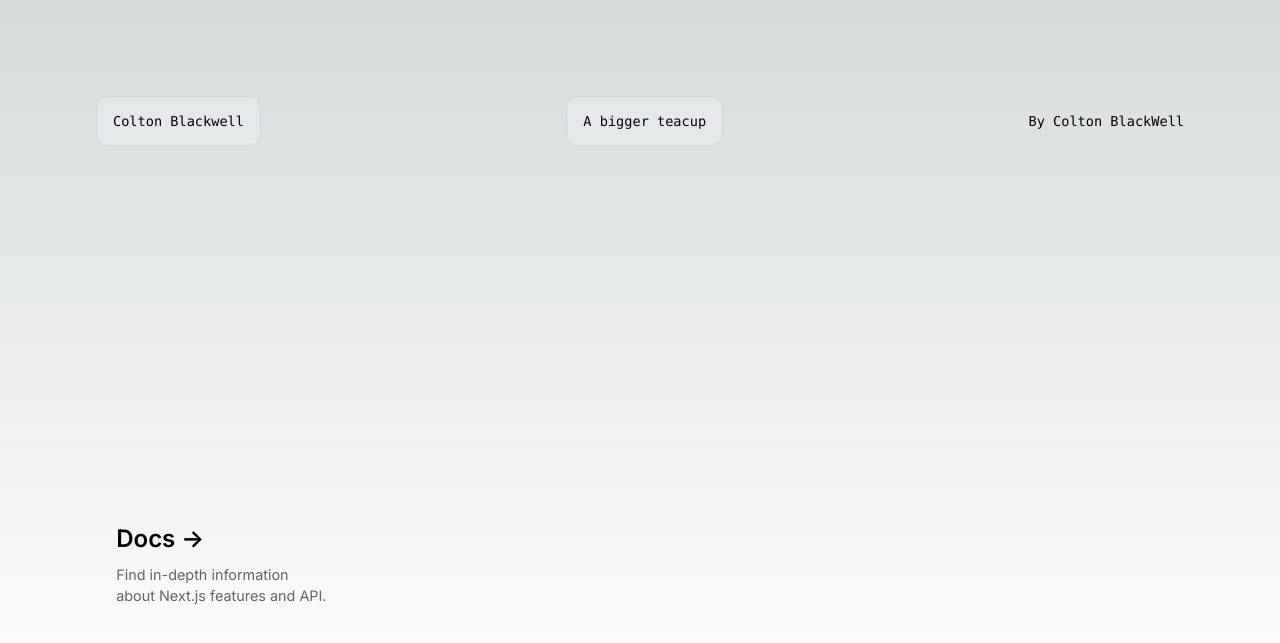
Repository: coltonBlackwell/Music_Quiz
Page: /
The author's editor kept a copy of each file at every save. The page is drawn from the files as they stood at one save, then again after the next save.
The browser window is 1280 px wide. The pictures show the whole page.
The project was rebuilt for these pictures with package versions that can differ from the ones it lists, and the page was loaded fresh each time. The framework's server and built-in components were replaced by stand-ins that run in the browser. Also part of the build but not shown: next.config.mjs.

Above is the page before, as saved 2024-06-30 14:04:33.

After the next save:
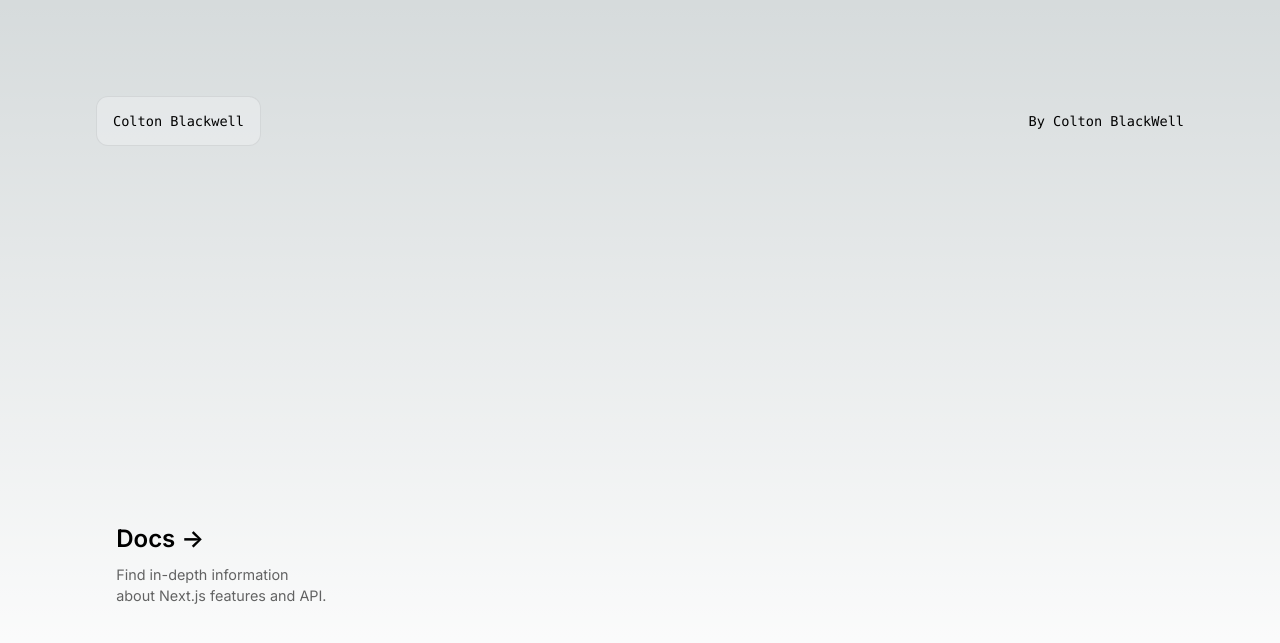
Saved 6 s later.
--- a/src/app/page.tsx
+++ b/src/app/page.tsx
@@ -8,7 +8,6 @@ export default function Home() {
         <p>
           Colton Blackwell
         </p>
-        <p>A bigger teacup</p>
         <div>
           <a
             href="https://vercel.com?utm_source=create-next-app&utm_medium=appdir-template&utm_campaign=create-next-app"
